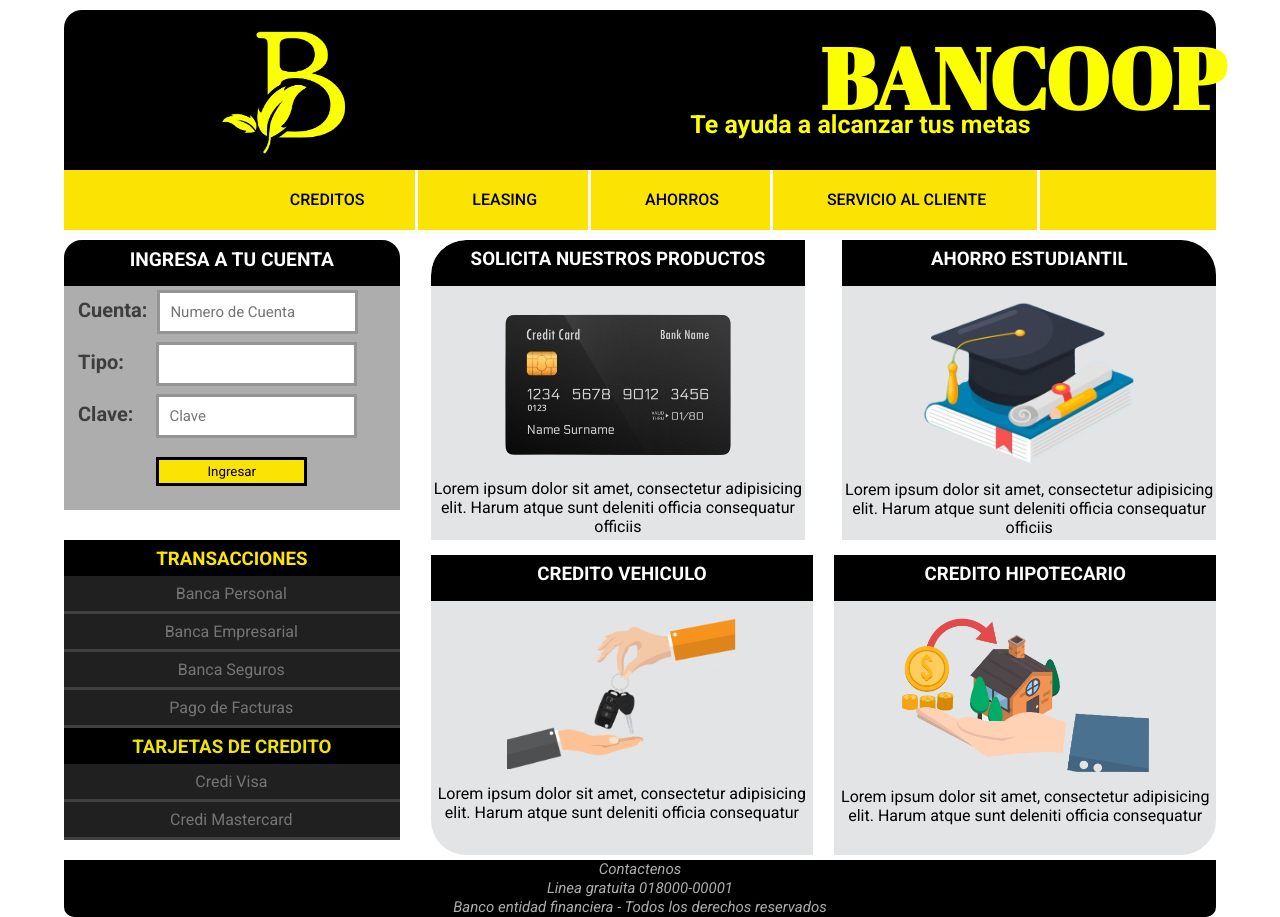
Repository: NickArregoces/BANCOOP
Page: Index.html
These files come from the project's save history. The page is drawn as it stood at one moment and after the next save; the edit follows.
The browser window is 1280 px wide. The pictures show the whole page.

Above is the page before, as saved 2021-10-15 14:11:25.

### Index.html
<!DOCTYPE html>
<html lang="en">
<head>
    <meta charset="UTF-8">
    <meta http-equiv="X-UA-Compatible" content="IE=edge">
    <meta name="viewport" content="width=device-width, initial-scale=1.0">
    <title>BANCOOP Home</title>
    <bgsound src="musica.mid"></bgsound>
    <link rel="stylesheet" href="/CSS/Style.css">
    <link href="https://fonts.googleapis.com/css2?family=Roboto:ital,wght@0,100;0,300;0,400;0,500;0,700;0,900;1,100;1,300;1,400;1,500;1,700;1,900&display=swap" rel="stylesheet">
    <link rel="preconnect" href="https://fonts.googleapis.com">
    <link rel="preconnect" href="https://fonts.gstatic.com" crossorigin>
    <link href="https://fonts.googleapis.com/css2?family=Abril+Fatface&display=swap" rel="stylesheet">

</head>
<body>
    <header>
            <div class="image">
                <img src="/Images/logo1.png" alt="logo">
            </div>
            <div class="title" >
                <h1>BANCOOP</h1>
                <h3>Te ayuda a alcanzar tus metas</h3>
            </div>

    </header>

    <nav class="barra"></nav>

            <div class="navegador">
                <ul class="menu">
                    <li><a href="/Creditos.html">Creditos</a></li>
                    <li><a href="/Leasing.html">leasing</a></li>
                    <li><a href="/Ahorros.html">Ahorros</a></li>
                    <li><a href="/Servicio.html">Servicio al cliente</a></li>
                </ul>
            </div>


            <div class="section">
                <form action="" class="login">
                    <h3 style="color: rgb(255, 255, 255);">INGRESA A TU CUENTA</h3>
                        <div class="cuenta">
                            <h4>Cuenta:<input type="number" placeholder="Numero de Cuenta" required></h4>
                        </div>

                        <div class="tipo">
                            <h4>Tipo:<input type="text" required></h4>
                        </div>

                        <div class="clave">
                            <h4>Clave:<input type="password" placeholder="Clave" required></h4>
                        </div>
                    <div class="center">
                        <button class="sumbit"> Ingresar </button>
                    </div>
                </form>

                <article class="opciones">
                    <h3 style="color: rgb(255, 230, 0);">TRANSACCIONES</h3>
                <ul>
                    <li><a href="#">Banca Personal</a></li>
                    <li><a href="#">Banca Empresarial</a></li>
                    <li><a href="#">Banca Seguros</a></li>
                    <li><a href="#">Pago de Facturas</a></li>
                </ul>
                    <h3 style="color: rgb(238, 230, 0);">TARJETAS DE CREDITO</h3>
                <ul>
                    <li><a href="#">Credi Visa</a></li>
                    <li><a href="#">Credi Mastercard</a></li>
                </ul>
                </article>
            </div>
            <div class="Contenido">
            <aside>
                    <div class="solicita">
                        <h3 style="color: rgb(255, 255, 255);">SOLICITA NUESTROS PRODUCTOS</h3>

                        <div id="Prueba">
                        <img id="Prubea" src="/Images/credit.png" alt="">
                        </div>

                        <p>Lorem ipsum dolor sit amet, consectetur adipisicing elit.
                            Harum atque sunt deleniti officia consequatur officiis</p>
                    </div>

                    <div class="ahorro">
                        <h3 style="color: rgb(255, 255, 255);">AHORRO ESTUDIANTIL</h3>

                        <div id="Prueba">
                        <img id="Prubea" src="/Images/Captura de pantalla 2021-10-04 181948.png" alt="">
                        </div>

                        <p>Lorem ipsum dolor sit amet, consectetur adipisicing elit.
                            Harum atque sunt deleniti officia consequatur officiis</p>
                    </div>

                    <div class="credito">
                        <h3 style="color: rgb(255, 255, 255);">CREDITO VEHICULO</h3>

                        <div id="Prueba">
                        <img id="Prubea" src="/Images/Captura de pantalla 2021-10-04 192824.png" alt="">
                        </div>

                        <p>Lorem ipsum dolor sit amet, consectetur adipisicing elit.
                            Harum atque sunt deleniti officia consequatur</p>
                    </div>
                    <div class="hipotecario">
                        <h3 style="color: rgb(255, 255, 255);">CREDITO HIPOTECARIO</h3>

                        <div id="Prueba">
                        <img id="Prubea" src="/Images/Wallpaper(80).jpg" alt="">
                        </div>

                        <p>Lorem ipsum dolor sit amet, consectetur adipisicing elit.
                            Harum atque sunt deleniti officia consequatur </p>
                    </div>
            </aside>
            </div>
            <footer>
                    <p>Contactenos</p>
                    <p>Linea gratuita 018000-00001</p>
                    <p>Banco entidad financiera
                    - Todos los derechos reservados</p>
            </footer>

        </div>

</body>
</html>

### CSS/Style.css

*{
    margin: 0 auto;
    padding: 0;
    list-style:none;
    font-family: 'Roboto', sans-serif;
}
body{
    background: rgb(255, 255, 255);
    width: 90%;
    color: rgb(0, 0, 0);
}
header{
    display: flex;
    justify-content: space-around;
    padding: 10px 0px;
    margin-top: 10px;
    background:rgb(0, 0, 0);
    border-top-left-radius:  18px;
    border-top-right-radius:  18px;
    height: 120px;
}
    /*Logo*/
    .imgage{
        margin: 0px;
        padding: 0;
    }
    .image img{
        width: 130px;
        cursor: pointer;
        margin: auto;
        margin-top: 5px;
    }
    .title h1{
        width: 400px;
        height: 90px;
        margin-left: 40%;
        font-family: 'Abril Fatface', cursive;
        font-size: 85px;
        text-align: center;
        color: rgb(251, 255, 0);
    }

    .title h3{
        width: 400px;
        margin-left: auto;
        font-size: 25px;
        text-align: center;
        color: rgb(251, 255, 0);
    }

nav.barra{
    background: rgb(0, 0, 0);
    height: 20px;
}
div.navegador{
    background: rgb(251, 227, 3);
    justify-content: space-around;
    align-items: center;
    display:flex
}
    ul.menu{
        border-bottom-left-radius: 20px 20px;
        border-bottom-right-radius: 20px 20px;
        background: rgb(251, 227, 3);
        height: 60%;
        list-style: none;
        padding: 0;
    }
    .menu a{
        height: 20px;
        font-size: 100%;
        font-weight: 500;
        margin-right: 1px;
        text-transform: uppercase;
        text-decoration: none;
        color:black;
        padding: 20px;
        display: inline-block;
        transition: all 0.3s;
    }
    .menu li {
        border-right: solid white;
        display: inline-block;
        padding: 0px 30px;
        list-style: none;

        }
    .menu a:hover{
        background: #8d8405b6;
        color: white;
        border-radius: 10px;
        padding: 10px 18px;
        }

.section{
    width: 30%;
    float: left;
    display: flex;
    flex-flow: row wrap;
}
    /*Formulario Login*/
    form{
        background: rgb(173, 173, 173);
        border-top-left-radius: 18px;
        border-top-right-radius: 18px;
        margin-top: 10px;
        margin-right:10px;
        margin-bottom: 10px;
        width: 100%;
        height: 270px;
    }
        form h3{
            font-size: 120%;
            text-align: center;
            background: black;
            height: 30px;
            padding: 8px;
            border-top-left-radius: 18px;
            border-top-right-radius: 18px;
        }
        form h4{
            font-size: 20px;
            padding: 4px;
            margin-left: 10px;
            color: rgb(61, 61, 61);
        }
        form input{
            font-size: 15px;
            width: 55%;
            padding: 10px;
            display: inline;
            border: solid rgb(149, 149, 149);
            margin-left: 10px;
        }
        div.clave input {
            margin-left: 23px;
        }
        div.tipo input {
            margin-left: 32px;
        }
        div.center{
            margin-top: 10px;
            margin: auto;
            text-align: center;
            width: 50%;
            cursor: pointer;
        }
        button{
            margin-top: 15px;
            width: 90%;
            padding: 4px;
            background: rgb(251, 227, 3);
            border: solid black;
            cursor: pointer;
        }
        button:hover{
            background: #000000;
            color: rgb(251, 227, 3);
            border-radius: 8px;
        }
    /*Menu lateral*/
    article {
        width: 100%;
        height: 300px;
        background: rgb(32, 32, 32);
        margin-top: 20px;
        margin-right:10px;
        margin-bottom: 10px;
    }
        article h3{
            text-align: center;
            padding: 8px;
            height: 20px;
            background: black;
        }
        .opciones li a{
            font-size: 16px;
            margin-right: 1px;
            text-align: center;
            text-decoration: none;
            color:rgb(117, 117, 117);
            padding: 8px;
            display: inline-block;
        }
        .opciones li {
            border-bottom: solid rgba(68, 68, 68, 0.897);
            text-align: center;
            display:inline-flexbox;
            }
        .opciones li a:hover{
            background: #242323b6;
            color: rgb(251, 227, 3);
            padding: 10px;
            }

    /*Servicios*/

aside{
    width: 69%;
    height: 610px;
    margin-top: 10px;
    float: right;
    margin-bottom: 10px;

}
    div.solicita{
        width: 47%;
        height: 300px;
        float: left;
        border-top-left-radius: 35px;
        margin-left: 10px;
        background: #e3e4e5;
        text-align:center;
        overflow:hidden;
    }
    /*Centrado Imagenes aside*/
    #Prueba{
        display: flex;
        align-items: center;
        justify-content: center;
    }
        div.solicita img {
            width: 65%;
            margin-top: 15px;
            margin-bottom: 15px;
            cursor:pointer;
        }
        /*Efecto Imagenes aside*/
        aside img:hover{
            -webkit-transform:scale(1.1);
            transform:scale(1.1);
        }
        div.solicita h3{
            text-align: center;
            background: black;
            height: 30px;
            padding: 8px;
            border-top-left-radius: 35px;
        }
        div.solicita p{
            display: inline-block;
            text-align: center;
        }

    div.ahorro {
        width: 47%;
        height: 300px;
        float: right;
        border-top-right-radius: 35px;
        margin-left: 10px;
        background: #e3e4e5;
    }
        div.ahorro img {
            width: 57%;
            margin-top: 15px;
            margin-bottom: 15px;
            cursor:pointer;
        }
        div.ahorro h3{
            text-align: center;
            background: black;
            height: 30px;
            padding: 8px;
            border-top-right-radius: 35px;
        }
        div.ahorro p{
            display: inline-block;
            text-align: center;
        }

    div.credito {
        width: 48%;
        height: 300px;
        float: left;
        margin-top: 15px;
        border-bottom-left-radius: 35px;
        margin-left: 10px;
        background: #e3e4e5;
    }
        div.credito img {
            width: 60%;
            margin-top: 15px;
            margin-bottom: 15px;
            cursor:pointer;
        }
        div.credito h3{
            text-align: center;
            background: black;
            height: 30px;
            padding: 8px;
        }
        div.credito p{
            display: inline-block;
            text-align: center;
        }

    div.hipotecario {
        width: 48%;
        height: 300px;
        float: right;
        border-top-right-radius: 35px;
        border-bottom-right-radius: 35px;
        margin-top: 15px;
        background: #e3e4e5;
        }
            div.hipotecario img {
                width: 65%;
                margin-top: 15px;
                margin-bottom: 15px;
                cursor:pointer;
            }
            div.hipotecario h3{
                text-align: center;
                background: black;
                height: 30px;
                padding: 8px;
            }
            div.hipotecario p{
                display: inline-block;
                text-align: center;
            }

    /*Pie de Pagina*/
footer{
    background: black;
    clear: both;
    border-bottom-left-radius: 10px;
    border-bottom-right-radius: 10px;
}
    footer p{
        font-size: 15px;
        text-align: center;
        line-height: 15px;
        color: rgb(175, 174, 174);
        font-style:italic;
        padding: 2px;
    }

After the next save:
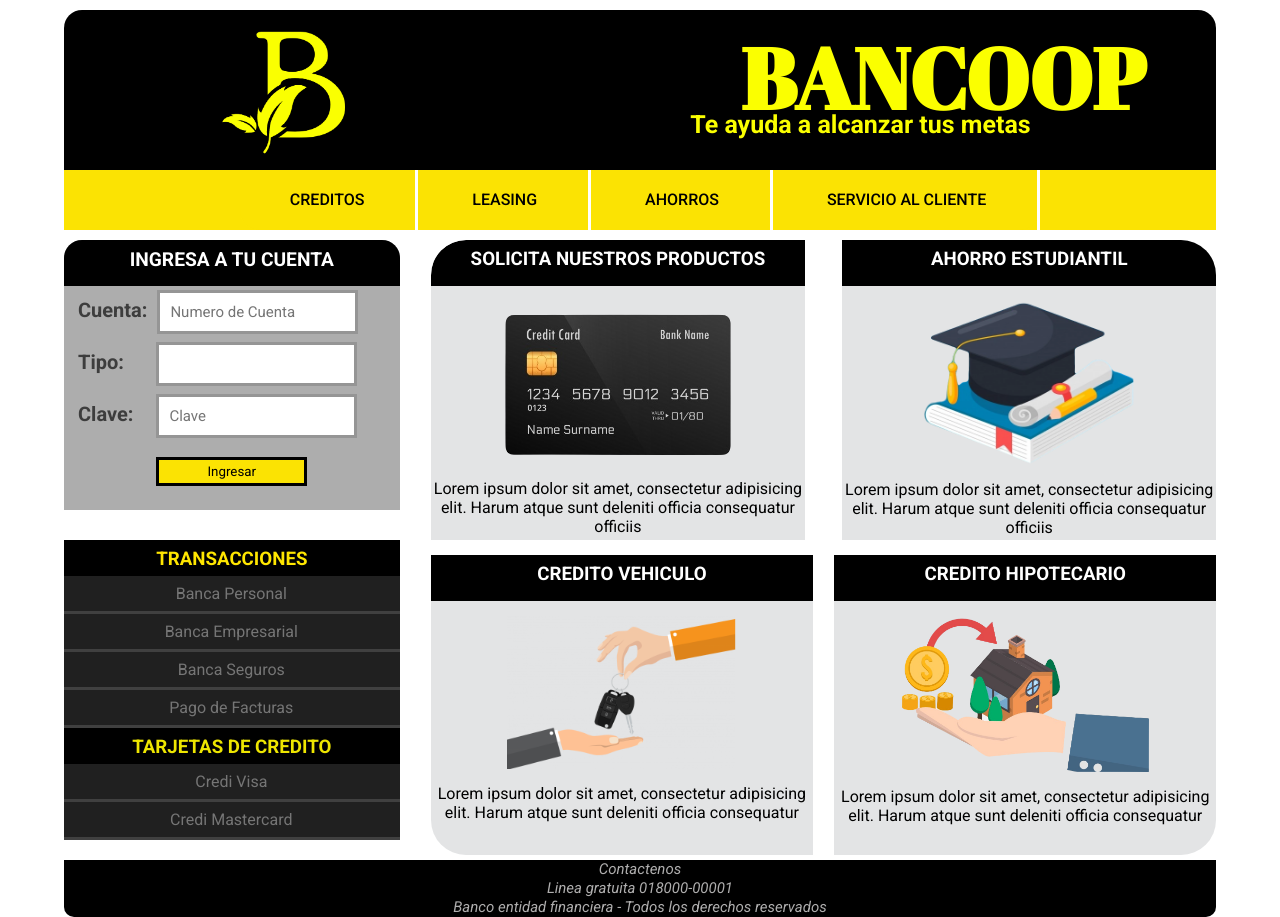
Saved 20 s later.
--- a/CSS/Style.css
+++ b/CSS/Style.css
@@ -34,7 +34,7 @@ header{
     .title h1{
         width: 400px;
         height: 90px;
-        margin-left: 40%;
+        margin-left: 20%;
         font-family: 'Abril Fatface', cursive;
         font-size: 85px;
         text-align: center;
